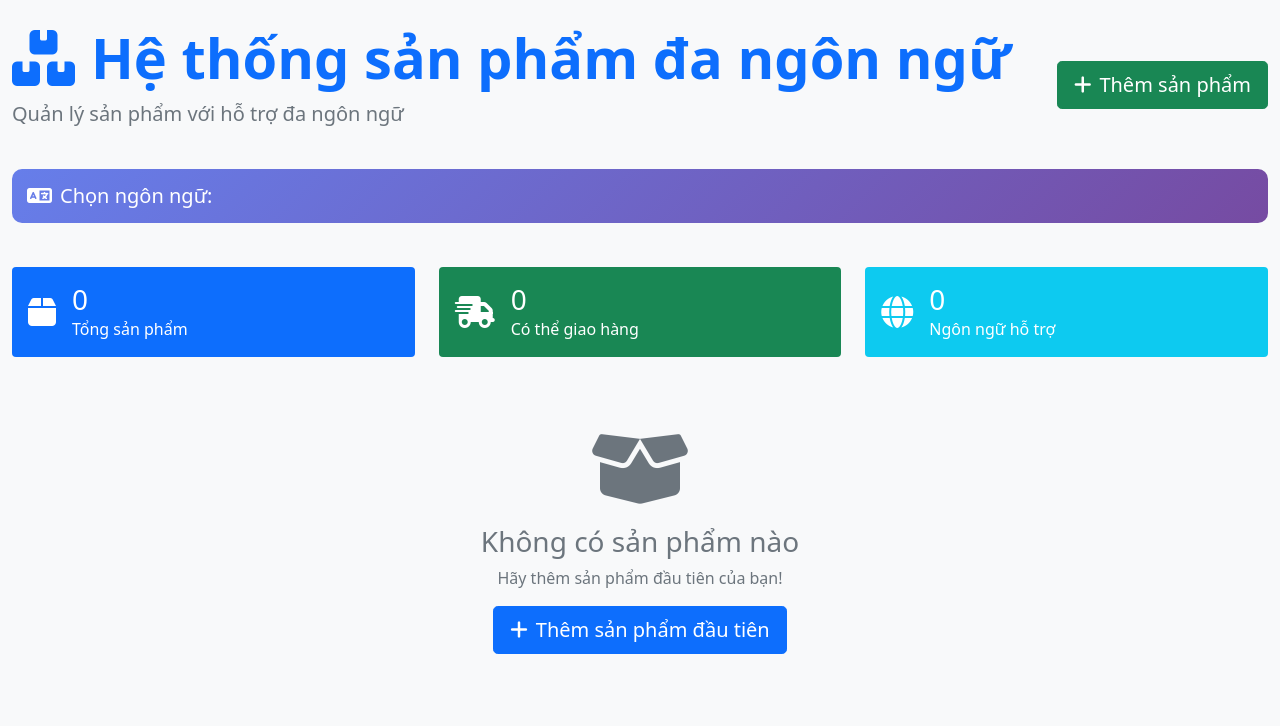
Repository: MaryPhuong11/JSP-Servlet
Page: http://localhost/JSP-Servlet/products
These files come from the project's save history. The page is drawn as it stood at one moment and after the next save; the edit follows.
The browser window is 1280 px wide. The pictures show the whole page.
The page is served by Tomcat 9. Other server files are loaded and not shown. Queries for data that is not in the repository find no rows.

Above is the page before, as saved 2025-10-14 10:56:31.

### JSP-Servlet/src/main/webapp/WEB-INF/jsp/product-list.jsp
<%@ page contentType="text/html;charset=UTF-8" language="java" %>
<%@ taglib prefix="c" uri="http://java.sun.com/jsp/jstl/core" %>
<%@ taglib prefix="fmt" uri="http://java.sun.com/jsp/jstl/fmt" %>
<fmt:setLocale value="${sessionScope.appLocale}" />
<fmt:setBundle basename="i18n.messages" />
<!DOCTYPE html>
<html lang="vi">
<head>
    <meta charset="UTF-8">
    <meta name="viewport" content="width=device-width, initial-scale=1.0">
    <title>Danh sách sản phẩm - Multi-language Product System</title>
    <link href="https://cdn.jsdelivr.net/npm/bootstrap@5.1.3/dist/css/bootstrap.min.css" rel="stylesheet">
    <link href="https://cdnjs.cloudflare.com/ajax/libs/font-awesome/6.0.0/css/all.min.css" rel="stylesheet">
    <style>
        .language-selector {
            background: linear-gradient(135deg, #667eea 0%, #764ba2 100%);
            border-radius: 10px;
            padding: 15px;
            margin-bottom: 20px;
        }
        .card-product {
            transition: transform 0.3s ease;
            border-radius: 15px;
            box-shadow: 0 4px 6px rgba(0,0,0,0.1);
        }
        .card-product:hover {
            transform: translateY(-5px);
            box-shadow: 0 8px 25px rgba(0,0,0,0.15);
        }
        .price-tag {
            background: linear-gradient(45deg, #ff6b6b, #ee5a24);
            color: white;
            padding: 8px 15px;
            border-radius: 25px;
            font-weight: bold;
        }
        .category-badge {
            background: linear-gradient(45deg, #4834d4, #686de0);
            color: white;
            padding: 5px 12px;
            border-radius: 15px;
            font-size: 0.85em;
        }
        .shipping-status {
            padding: 3px 8px;
            border-radius: 10px;
            font-size: 0.8em;
        }
        .can-ship {
            background-color: #d4edda;
            color: #155724;
        }
        .no-ship {
            background-color: #f8d7da;
            color: #721c24;
        }
    </style>
</head>
<body class="bg-light">
    <div class="container-fluid py-4">
        <!-- Header -->
        <div class="row mb-4">
            <div class="col-12">
                <div class="d-flex justify-content-between align-items-center">
                    <div>
                        <h1 class="display-4 fw-bold text-primary">
                            <i class="fas fa-boxes me-3"></i><fmt:message key="product.list.title"/>
                            <a href="/JSP-Servlet/products" class="text-decoration-none"></a>
                        </h1>
                        <p class="lead text-muted"><fmt:message key="product.list.subtitle"/></p>
                    </div>
                    <div>
                        <a href="products?action=add" class="btn btn-success btn-lg">
                            <i class="fas fa-plus me-2"></i><fmt:message key="product.add"/>
                        </a>
                    </div>
                </div>
            </div>
        </div>

        <!-- Language Selector -->
        <div class="row mb-4">
            <div class="col-12">
                <div class="language-selector">
                    <div class="d-flex align-items-center">
                        <h5 class="text-white mb-0 me-3">
                            <i class="fas fa-language me-2"></i><fmt:message key="language.select"/>
                        </h5>
                        <div class="btn-group" role="group">
                            <c:forEach var="lang" items="${languages}">
                                <a href="products?lang=${lang.languageId}"
                                   class="btn ${currentLang == lang.languageId ? 'btn-light' : 'btn-outline-light'} btn-sm">
                                    ${lang.language}
                                </a>
                            </c:forEach>
                        </div>
                    </div>
                </div>
            </div>
        </div>

        <!-- Statistics -->
        <div class="row mb-4">
            <div class="col-md-4">
                <div class="card border-0 bg-primary text-white">
                    <div class="card-body">
                        <div class="d-flex align-items-center">
                            <i class="fas fa-box fa-2x me-3"></i>
                            <div>
                                <h3 class="mb-0">${products.size()}</h3>
                                <p class="mb-0"><fmt:message key="stats.totalProducts"/></p>
                            </div>
                        </div>
                    </div>
                </div>
            </div>
            <div class="col-md-4">
                <div class="card border-0 bg-success text-white">
                    <div class="card-body">
                        <div class="d-flex align-items-center">
                            <i class="fas fa-shipping-fast fa-2x me-3"></i>
                            <div>
                                <h3 class="mb-0">
                                    <c:set var="shippableCount" value="0"/>
                                    <c:forEach var="product" items="${products}">
                                        <c:if test="${product.productCategory.canBeShipped}">
                                            <c:set var="shippableCount" value="${shippableCount + 1}"/>
                                        </c:if>
                                    </c:forEach>
                                    ${shippableCount}
                                </h3>
                                <p class="mb-0"><fmt:message key="stats.shippable"/></p>
                            </div>
                        </div>
                    </div>
                </div>
            </div>
            <div class="col-md-4">
                <div class="card border-0 bg-info text-white">
                    <div class="card-body">
                        <div class="d-flex align-items-center">
                            <i class="fas fa-globe fa-2x me-3"></i>
                            <div>
                                <h3 class="mb-0">${languages.size()}</h3>
                                <p class="mb-0"><fmt:message key="stats.supportedLanguages"/></p>
                            </div>
                        </div>
                    </div>
                </div>
            </div>
        </div>

        <!-- Products Grid -->
        <div class="row">
            <c:forEach var="product" items="${products}">
                <div class="col-lg-4 col-md-6 mb-4">
                    <div class="card card-product h-100 border-0">
                        <div class="card-header bg-transparent border-0 d-flex justify-content-between align-items-center">
                            <span class="category-badge">
                                <i class="fas fa-tag me-1"></i>
                                ${product.productCategory.categoryName}
                            </span>
                            <span class="shipping-status ${product.productCategory.canBeShipped ? 'can-ship' : 'no-ship'}">
                                <i class="fas fa-${product.productCategory.canBeShipped ? 'truck' : 'times'} me-1"></i>
                                ${product.productCategory.canBeShipped ? 'Có thể giao' : 'Không giao'}
                            </span>
                        </div>

                        <div class="card-body">
                            <h5 class="card-title fw-bold text-dark">
                                <i class="fas fa-cube me-2 text-primary"></i>
                                ${product.productName}
                            </h5>

                            <p class="card-text text-muted mb-3">
                                ${product.productDescription}
                            </p>

                            <div class="row text-center mb-3">
                                <div class="col-6">
                                    <div class="border-end">
                                        <h6 class="text-muted mb-1"><fmt:message key="product.id"/></h6>
                                        <span class="fw-bold">#${product.productId}</span>
                                    </div>
                                </div>
                                <div class="col-6">
                                        <h6 class="text-muted mb-1"><fmt:message key="weight"/></h6>
                                    <span class="fw-bold">
                                        <c:choose>
                                            <c:when test="${product.weight != null}">
                                                <fmt:formatNumber value="${product.weight}" pattern="#,##0.##"/> kg
                                            </c:when>
                                            <c:otherwise>N/A</c:otherwise>
                                        </c:choose>
                                    </span>
                                </div>
                            </div>

                            <div class="text-center mb-3">
                                <span class="price-tag">
                                    <i class="fas fa-dollar-sign me-1"></i>
                                    <fmt:formatNumber value="${product.price}" pattern="#,##0.00"/> <fmt:message key="price.label"/>
                                </span>
                            </div>
                        </div>

                        <div class="card-footer bg-transparent border-0">
                            <div class="d-grid gap-2 d-md-block text-center">
                                <a href="products?action=detail&id=${product.productId}&lang=${currentLang}"
                                   class="btn btn-primary btn-sm">
                                    <i class="fas fa-eye me-1"></i><fmt:message key="product.detail"/>
                                </a>
                                <a href="products?action=edit&id=${product.productId}"
                                   class="btn btn-warning btn-sm">
                                    <i class="fas fa-edit me-1"></i><fmt:message key="edit"/>
                                </a>
                                <button onclick="deleteProduct(${product.productId})"
                                        class="btn btn-danger btn-sm">
                                    <i class="fas fa-trash me-1"></i><fmt:message key="delete"/>
                                </button>
                            </div>
                        </div>
                    </div>
                </div>
            </c:forEach>
        </div>

        <c:if test="${empty products}">
            <div class="row">
                <div class="col-12 text-center py-5">
                    <i class="fas fa-box-open fa-5x text-muted mb-3"></i>
                    <h3 class="text-muted"><fmt:message key="noProducts.title"/></h3>
                    <p class="text-muted"><fmt:message key="noProducts.subtitle"/></p>
                    <a href="products?action=add" class="btn btn-primary btn-lg">
                        <i class="fas fa-plus me-2"></i><fmt:message key="addFirstProduct"/>
                    </a>
                </div>
            </div>
        </c:if>
    </div>

    <!-- Bootstrap JS -->
    <script src="https://cdn.jsdelivr.net/npm/bootstrap@5.1.3/dist/js/bootstrap.bundle.min.js"></script>

    <script>
        function deleteProduct(productId) {
            if (confirm('Bạn có chắc chắn muốn xóa sản phẩm này?')) {
                var form = document.createElement('form');
                form.method = 'POST';
                form.action = 'products';

                var actionInput = document.createElement('input');
                actionInput.type = 'hidden';
                actionInput.name = 'action';
                actionInput.value = 'delete';

                var idInput = document.createElement('input');
                idInput.type = 'hidden';
                idInput.name = 'id';
                idInput.value = productId;

                form.appendChild(actionInput);
                form.appendChild(idInput);
                document.body.appendChild(form);
                form.submit();
            }
        }
    </script>
</body>
</html>

### JSP-Servlet/src/main/java/com/multilang/util/DatabaseConnection.java
package com.multilang.util;

import java.sql.Connection;
import java.sql.DriverManager;
import java.sql.SQLException;

public class DatabaseConnection {
    private static final String URL = "jdbc:mysql://localhost:3306/multilang_product_db?useSSL=false&allowPublicKeyRetrieval=true&serverTimezone=UTC&useUnicode=true&characterEncoding=UTF-8&connectionCollation=utf8mb4_unicode_ci";
    private static final String USERNAME = "root";
    private static final String PASSWORD = "admin";
    private static final String DRIVER = "com.mysql.cj.jdbc.Driver";

    static {
        try {
            Class.forName(DRIVER);
        } catch (ClassNotFoundException e) {
            throw new RuntimeException("Failed to load MySQL JDBC driver", e);
        }
    }

    public static Connection getConnection() throws SQLException {
        return DriverManager.getConnection(URL, USERNAME, PASSWORD);
    }

    public static void closeConnection(Connection connection) {
        if (connection != null) {
            try {
                connection.close();
            } catch (SQLException e) {
                e.printStackTrace();
            }
        }
    }

    // Test connection method
    public static boolean testConnection() {
        try (Connection connection = getConnection()) {
            return connection != null && !connection.isClosed();
        } catch (SQLException e) {
            System.err.println("Database connection failed: " + e.getMessage());
            return false;
        }
    }
}

Loaded but not shown: JSP-Servlet/src/main/java/com/multilang/servlet/ProductServlet.java (362 lines, source omitted)

After the next save:
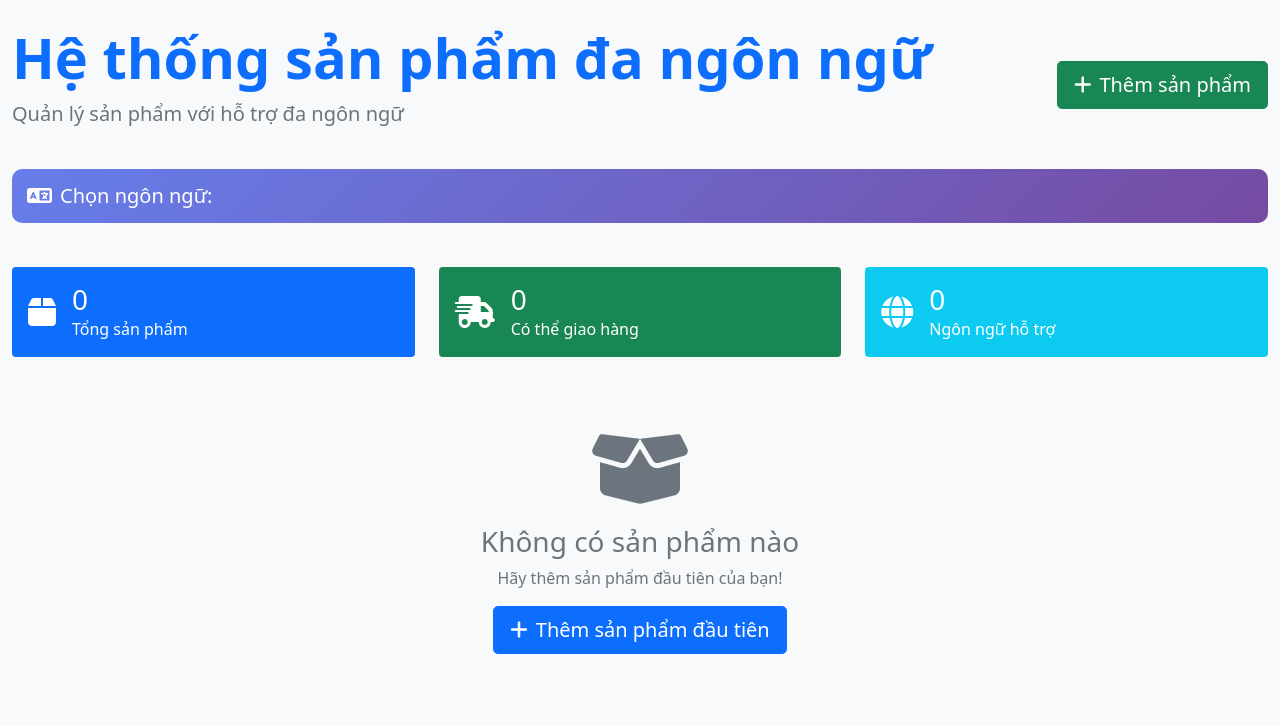
Saved 27 s later.
--- a/JSP-Servlet/src/main/webapp/WEB-INF/jsp/product-list.jsp
+++ b/JSP-Servlet/src/main/webapp/WEB-INF/jsp/product-list.jsp
@@ -64,7 +64,7 @@
                 <div class="d-flex justify-content-between align-items-center">
                     <div>
                         <h1 class="display-4 fw-bold text-primary">
-                            <i class="fas fa-boxes me-3"></i><fmt:message key="product.list.title"/>
+                            <i href="/JSP-Servlet/products class="fas fa-boxes me-3" ></i><fmt:message key="product.list.title"/>
                             <a href="/JSP-Servlet/products" class="text-decoration-none"></a>
                         </h1>
                         <p class="lead text-muted"><fmt:message key="product.list.subtitle"/></p>

After the save that followed:
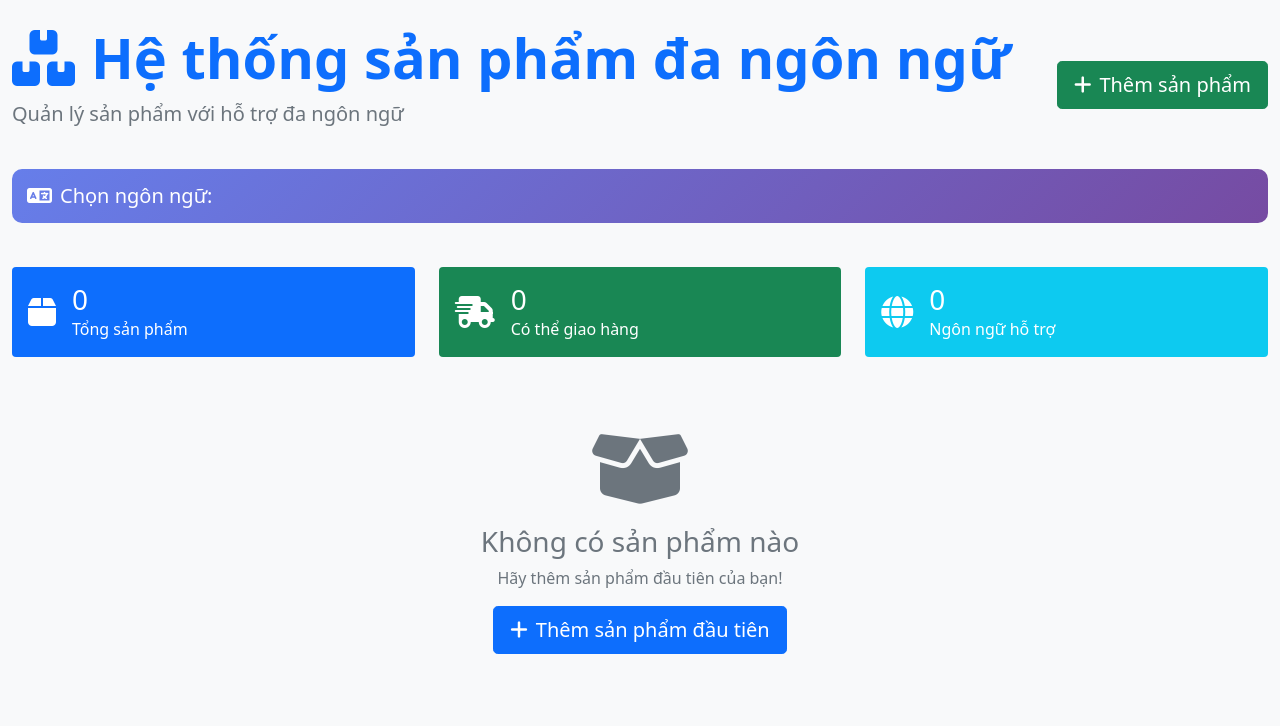
Saved 22 s later.
--- a/JSP-Servlet/src/main/webapp/WEB-INF/jsp/product-list.jsp
+++ b/JSP-Servlet/src/main/webapp/WEB-INF/jsp/product-list.jsp
@@ -64,8 +64,8 @@
                 <div class="d-flex justify-content-between align-items-center">
                     <div>
                         <h1 class="display-4 fw-bold text-primary">
-                            <i href="/JSP-Servlet/products class="fas fa-boxes me-3" ></i><fmt:message key="product.list.title"/>
-                            <a href="/JSP-Servlet/products" class="text-decoration-none"></a>
+                            <i href ="/JSP-Servlet/products" class="fas fa-boxes me-3" ></i><fmt:message key="product.list.title"/>
+
                         </h1>
                         <p class="lead text-muted"><fmt:message key="product.list.subtitle"/></p>
                     </div>
